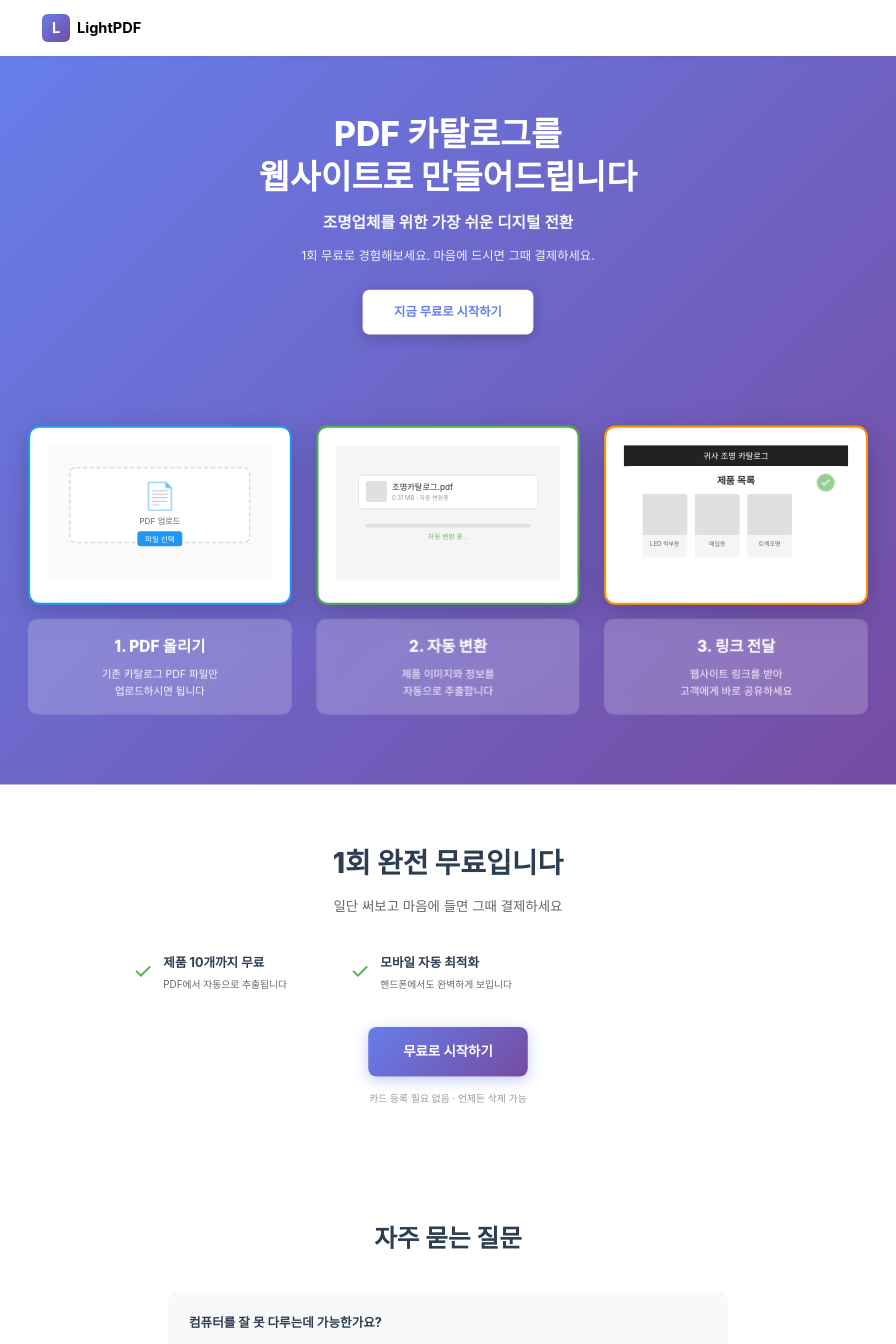
Repository: ororso11/catamaster
Page: frontend/public/index.html
These files come from the project's save history. The page is drawn as it stood at one moment and after the next save; the edit follows.
The browser window is 1280 px wide. The pictures show the part of the page from y = 0 to 1920 px (the page is 2974 px tall before and 2923 px after), at 70% of full size.

Above is the page before, as saved 2025-10-05 19:06:51.

After the next save:
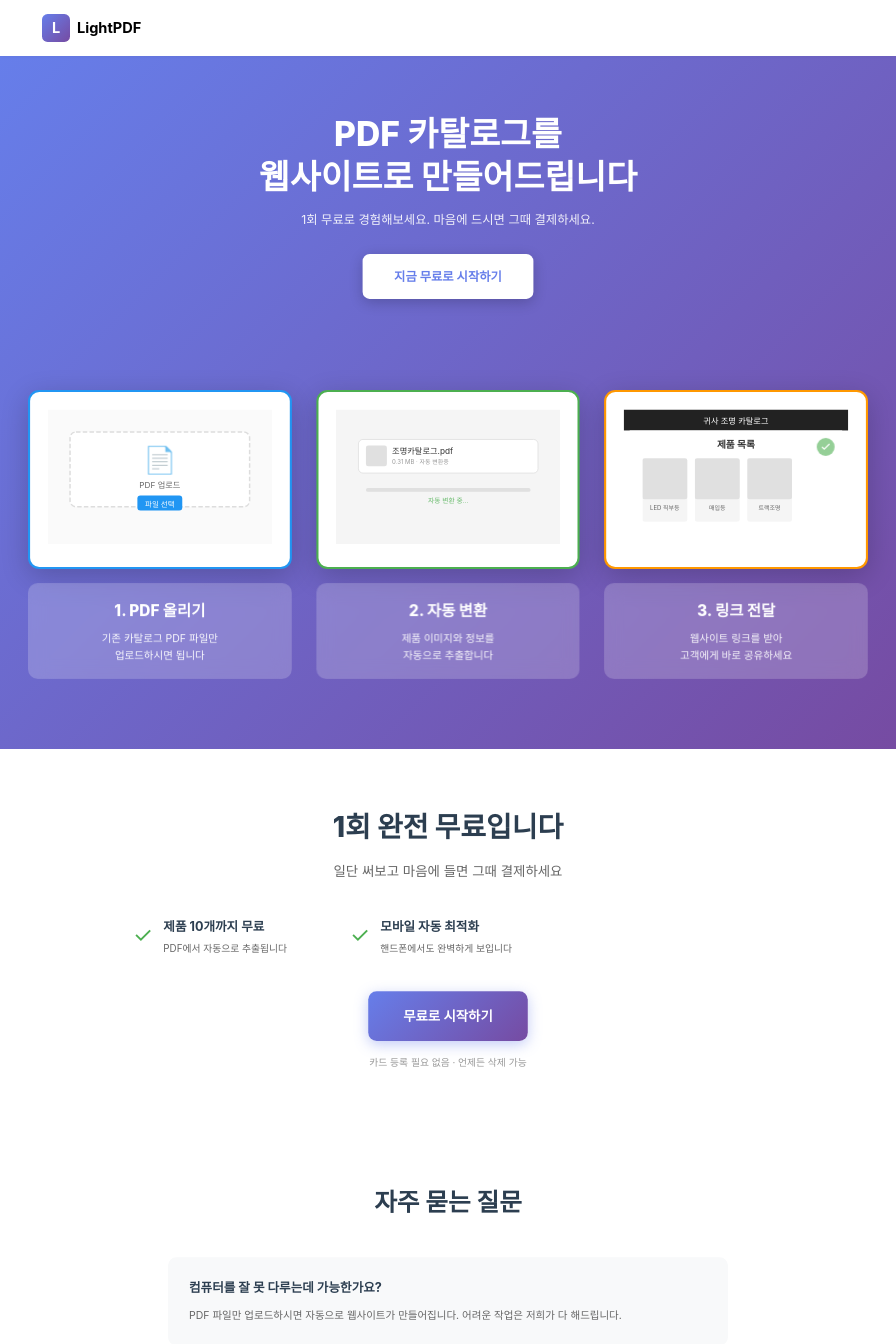
Saved 38 min 43 s later.
--- a/frontend/public/index.html
+++ b/frontend/public/index.html
@@ -19,7 +19,7 @@
     <section class="hero">
         <div class="hero-content">
             <h1>PDF 카탈로그를<br>웹사이트로 만들어드립니다</h1>
-            <p class="subtitle">조명업체를 위한 가장 쉬운 디지털 전환</p>
+            <!-- <p class="subtitle">조명업체를 위한 가장 쉬운 디지털 전환</p> -->
             <p class="hero-desc">1회 무료로 경험해보세요. 마음에 드시면 그때 결제하세요.</p>
             <a href="dashboard.html" class="cta-button">지금 무료로 시작하기</a>
 
